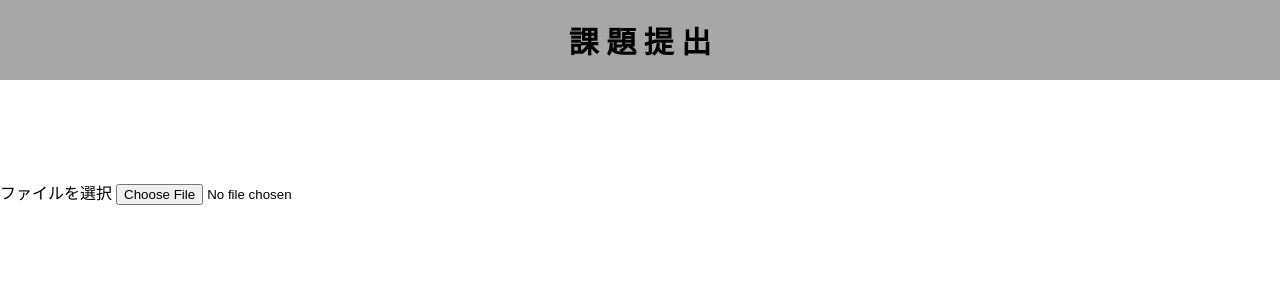
Repository: k-murakami18/canvas_v2
Page: submission.html
The author's editor kept a copy of each file at every save. The page is drawn from the files as they stood at one save, then again after the next save.
The browser window is 1280 px wide. The pictures show the whole page.

Above is the page before, as saved 2021-01-12 10:39:24.

After the next save:
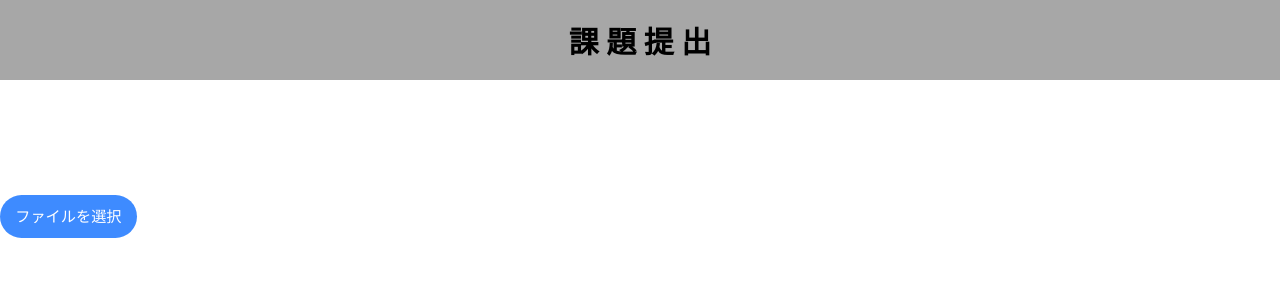
Saved 16 s later.
--- a/style.css
+++ b/style.css
@@ -188,3 +188,24 @@ body .btn_name{
   display: flex;
   justify-content: center;
 }
+
+.upload-label {
+  display: inline-block;
+  cursor: pointer; /* カーソルを指に */
+  margin: 1em 0; /* まわりの余白 */
+  padding: .7em 1em; /* 文字まわりの余白 */
+  line-height: 1.4; /* 行間 */
+  background: #3e8bff; /* 背景色 */
+  color: #FFF; /* 文字色 */
+  font-size: 0.95em; /* フォントサイズ */
+  border-radius: 2.5em; /* 角の丸み */
+  transition: 0.2s; /* ホバーをなめらかに */
+}
+/* ホバー時 */
+.upload-label:hover {
+  box-shadow: 0 8px 10px -2px rgba(0, 0, 0, 0.2); /* 影を表示 */
+}
+/* inputは隠す */
+.upload-label input {
+  display: none;
+}
